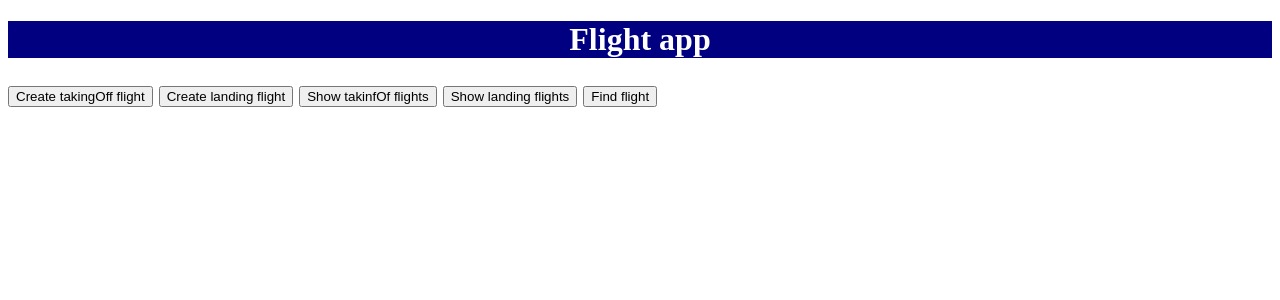
Repository: kerenrachev/Flight-App-Project
Page: FlightApp/WebContent/Web.html
The author's editor kept a copy of each file at every save. The page is drawn from the files as they stood at one save, then again after a run of saves.
The browser window is 1280 px wide. The pictures show the whole page.

Above is the page before, as saved 2020-08-19 15:37:23.

After the next 2 saves:
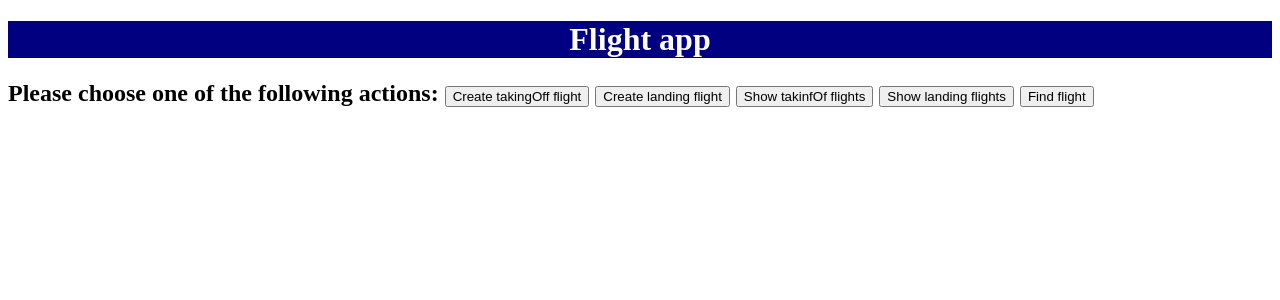
The 2 saves are shown as one change because they came seconds apart.
The last was saved 39 s later.
--- a/FlightApp/WebContent/Web.html
+++ b/FlightApp/WebContent/Web.html
@@ -16,13 +16,13 @@ h2{
 </style>
 <body>
 <h1> Flight app </h1>
-<h2>
+<h2> Please choose one of the following actions: <h>
 <button type="Button">Create takingOff flight</button>
 <button type="Button">Create landing flight</button>
 <button type="Button">Show takinfOf flights</button>
 <button type="Button">Show landing flights</button>
 <button type="Button">Find flight</button>
-</h2>
+
 
 <script> alert ('hey')</script>
 </body>
